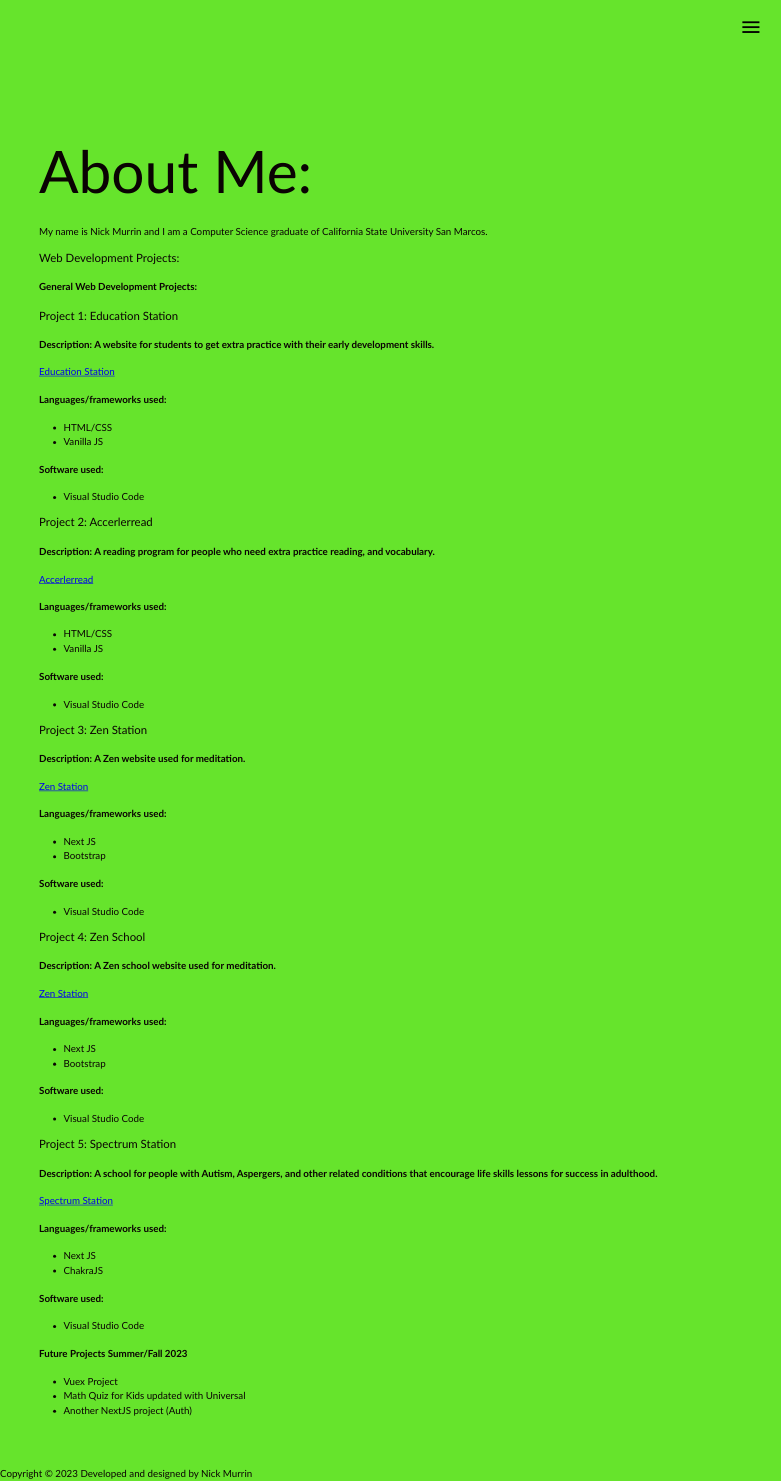
Repository: collegedude9300/modernport
Page: about.html
These files come from the project's save history. The page is drawn as it stood at one moment and after the next save; the edit follows.
The browser window is 1280 px wide. The pictures show the whole page, at 61% of full size.

Above is the page before, as saved 2024-01-14 12:36:53.

### about.html
<!DOCTYPE html>
<html lang="en">
<head>
  <meta charset="UTF-8">
  <meta name="viewport" content="width=device-width, initial-scale=1.0">
  <meta http-equiv="X-UA-Compatible" content="ie=edge">
  <link rel="stylesheet" href="css/main.css">
  <title>Portfolio</title>
</head>
<body>
<header>
<div class="menu-btn">
<div class="btn-line"></div>
<div class="btn-line"></div>
<div class="btn-line"></div>
</div>

<nav class="menu">
<div class="menu-branding">
<div class="portrait"></div>
</div>

<ul class="menu-nav">
<li class="nav-item">
<a href="index.html" class="nav-link">
Home
</a>
</li>

<li class="nav-item current">
<a href="about.html" class="nav-link">
About Me
</a>
</li>



<li class="nav-item">
<a href="contact.html" class="nav-link">
Contact Me
</a>
</li>
</ul>
</nav>
</header>
<main id="home">

<h1 class="lg-heading">
About Me:
</h1>
    <div class="about-info">
    <div class="bio">
      <p>My name is Nick Murrin and I am a Computer Science graduate of California State University San Marcos. </p>
      <h3>  Web Development Projects:</h3>
      </div>
      <h4>  General Web Development Projects:</h4>
      <div class="project1">
        <h3>Project 1: Education Station </h3>
        <h4>Description: A website for students to get extra practice with their early development skills.</h4>
        <a href="https://educationstation.vercel.app/ "/>Education Station </a>
<h4> Languages/frameworks used: </h4>
<ul>
  <li>HTML/CSS</li>
  <li>Vanilla JS </li>
</ul>
<h4> Software used: </h4>
<ul>
<li> Visual Studio Code  </li>
</ul>
      </div>
      <div class="project2">
        <h3>Project 2: Accerlerread</h3>
        <h4>Description: A reading program for people who need extra practice reading, and vocabulary. </h4>
        <a href="https://accelerread.vercel.app/"/> Accerlerread </a>
    <h4> Languages/frameworks used: </h4>
    <ul>
      <li>HTML/CSS</li>
      <li>Vanilla JS </li>
    </ul>
    <h4> Software used: </h4>
    <ul>
    <li> Visual Studio Code  </li>
    </ul>
      </div>
<div class="project3">
        <h3>Project 3: Zen Station</h3>
        <h4>Description: A Zen website used for meditation.</h4>
        <a href="https://zenstationnext.vercel.app/"/> Zen Station </a>
<h4> Languages/frameworks used: </h4>
<ul>
  <li>Next JS</li>
  <li>Bootstrap</li>
</ul>
<h4> Software used: </h4>
<ul>
<li> Visual Studio Code  </li>
</ul>
      </div>

      <div class="project4">
        <h3>Project 4: Zen School</h3>
        <h4>Description: A Zen school website used for meditation.</h4>
        <a href="https://zenschool.vercel.app/"/> Zen Station </a>
<h4> Languages/frameworks used: </h4>
<ul>
  <li>Next JS</li>
  <li>Bootstrap</li>
</ul>
<h4> Software used: </h4>
<ul>
<li> Visual Studio Code  </li>
</ul>
      </div>


      <div class="project5">
        <h3>Project 5: Spectrum Station</h3>
        <h4>Description: A school for people with Autism, Aspergers, and other related conditions that encourage life skills lessons for success in adulthood.</h4>
        <a href="https://spectrumstation.vercel.app/"/> Spectrum Station </a>
<h4> Languages/frameworks used: </h4>
<ul>
  <li>Next JS</li>
  <li>ChakraJS</li>
</ul>
<h4> Software used: </h4>
<ul>
<li> Visual Studio Code  </li>
</ul>
      </div>

<h4> Future Projects Summer/Fall 2023  </h4>
<ul>
  <li> Vuex Project </li>
  <li> Math Quiz for Kids updated with Universal </li>
  <li> Another NextJS project (Auth) </li>
  </ul>

</div>
</div>
</main>
  <footer id="main-footer">
  Copyright &copy; 2023
  Developed and designed by Nick Murrin
  </footer>
<script src="js/main.js"> </script>
</body>
</html>

### css/main.css
.menu-btn {
  position: absolute;
  z-index: 3;
  right: 35px;
  top: 35px;
  cursor: pointer;
  transition: all 0.5s ease-out; }
  .menu-btn .btn-line {
    width: 28px;
    height: 3px;
    margin: 0 0 5px 0;
    background: #000;
    transition: all 0.5s ease-out; }
  .menu-btn.close {
    transform: rotate(180deg); }
    .menu-btn.close .btn-line:nth-child(1) {
      transform: rotate(45deg) translate(5px, 5px); }
    .menu-btn.close .btn-line:nth-child(2) {
      opacity: 0; }
    .menu-btn.close .btn-line:nth-child(3) {
      transform: rotate(-45deg) translate(7px, -6px); }

.menu {
  position: fixed;
  top: 0;
  width: 100%;
  opacity: 0.9;
  visibility: hidden; }
  .menu.show {
    visibility: visible; }
  .menu-branding, .menu-nav {
    display: flex;
    flex-flow: column wrap;
    align-items: center;
    justify-content: center;
    float: left;
    width: 50%;
    height: 100vh;
    overflow: hidden; }
  .menu-nav {
    margin: 0;
    padding: 0;
    background: #f6a205;
    list-style: none;
    transform: translate3d(0, -100%, 0);
    transition: all 0.5s ease-out; }
    .menu-nav.show {
      transform: translate3d(0, 0, 0); }
  .menu-branding {
    background: #faac1b;
    transform: translate3d(0, 100%, 0);
    transition: all 0.5s ease-out; }
    .menu-branding.show {
      transform: translate3d(0, 0, 0); }
    .menu-branding .portrait {
      width: 250px;
      height: 250px; }
  .menu .nav-item {
    transform: translate3d(600px, 0, 0);
    transition: all 0.5s ease-out; }
    .menu .nav-item.show {
      transform: translate3d(0, 0, 0); }
  .menu .nav-link {
    display: inline-block;
    position: relative;
    font-size: 30px;
    text-transform: uppercase;
    padding: 1rem 0;
    font-weight: 300;
    color: #000;
    text-decoration: none;
    transition: all 0.5s ease-out; }

.nav-item:nth-child(1) {
  transition-delay: 0.1s; }

.nav-item:nth-child(2) {
  transition-delay: 0.2s; }

.nav-item:nth-child(3) {
  transition-delay: 0.3s; }

.nav-item:nth-child(4) {
  transition-delay: 0.4s; }

@media screen and (min-width: 1171px) {
  .projects {
    grid-template-columns: repeat(4, 1fr); } }

@media screen and (min-width: 769px) and (max-width: 1170px) {
  .projects {
    grid-template-columns: repeat(3, 1fr); } }

@media screen and (max-width: 768px) {
  main {
    align-items: center;
    text-align: center; }
    main .lg-heading {
      line-height: 1;
      margin-bottom: 1rem; }
  ul.menu-nav,
  div.menu-branding {
    float: none;
    width: 100%;
    min-height: 0; }
    ul.menu-nav.show,
    div.menu-branding.show {
      transform: translate3d(0, 0, 0); }
  .menu-nav {
    height: 75vh;
    transform: translate3d(-100%, 0, 0);
    font-size: 24px; }
  .menu-branding {
    height: 25vh;
    transform: translate3d(100%, 0, 0); }
    .menu-branding .portrait {
      width: 150px;
      height: 150px; }
  .about-info {
    grid-template-areas: 'bioimage'
 'bio'
 'job1'
 'job2'
 'job3';
    grid-template-columns: 1fr; }
  .projects {
    grid-template-columns: repeat(2, 1fr); } }

@media screen and (max-width: 500px) {
  main {
    padding: 2rem; }
    main #home h1 {
      margin-top: 10vh; }
    main .lg-heading {
      margin-top: 1rem;
      font-size: 5rem; }
  .projects {
    grid-template-columns: 1fr; } }

* {
  box-sizing: border-box; }

body {
  background: #66e42c;
  color: #0a0303;
  height: 100%;
  margin: 0;
  font-family: 'Trebuchet MS', 'Lucida Sans Unicode', 'Lucida Grande', 'Lucida Sans', Arial, sans-serif;
  line-height: 1.5; }

.transition1 {
  width: 150px;
  height: 150px;
  background: red;
  transition: width 3s; }

.transition2 {
  width: 150px;
  height: 150px;
  background: #12e7ee;
  transition: width 3s; }

.transition3 {
  width: 150px;
  height: 150px;
  background: #e7d918;
  transition: width 3s; }

.transition4 {
  width: 150px;
  height: 150px;
  background: rgba(238, 150, 18, 0.753);
  transition: width 3s; }

.myTitle {
  padding: 50px;
  margin: 20px;
  font-size: 30px;
  font-family: Cambria, Cochin, Georgia, Times, 'Times New Roman', serif;
  color: #1133ca; }

h1, h2, h3 {
  margin: 0;
  font-weight: 400; }

.lg-heading {
  font-size: 6rem; }

header {
  position: relative;
  z-index: 2; }

main {
  padding: 4rem;
  height: 100%; }
  main#home {
    overflow: hidden; }
  main h1 {
    margin-top: 20vh; }

### js/main.js
// Select DOM Items
const menuBtn = document.querySelector('.menu-btn');
const menu = document.querySelector('.menu');
const menuNav = document.querySelector('.menu-nav');
const menuBranding = document.querySelector('.menu-branding');
const navItems = document.querySelectorAll('.nav-item');

// Set Initial State Of Menu
let showMenu = false;

menuBtn.addEventListener('click', toggleMenu);

function toggleMenu() {
  if (!showMenu) {
    menuBtn.classList.add('close');
    menu.classList.add('show');
    menuNav.classList.add('show');
    menuBranding.classList.add('show');
    navItems.forEach(item => item.classList.add('show'));

    // Set Menu State
    showMenu = true;
  } else {
    menuBtn.classList.remove('close');
    menu.classList.remove('show');
    menuNav.classList.remove('show');
    menuBranding.classList.remove('show');
    navItems.forEach(item => item.classList.remove('show'));

    // Set Menu State
    showMenu = false;
  }
}

After the next save:
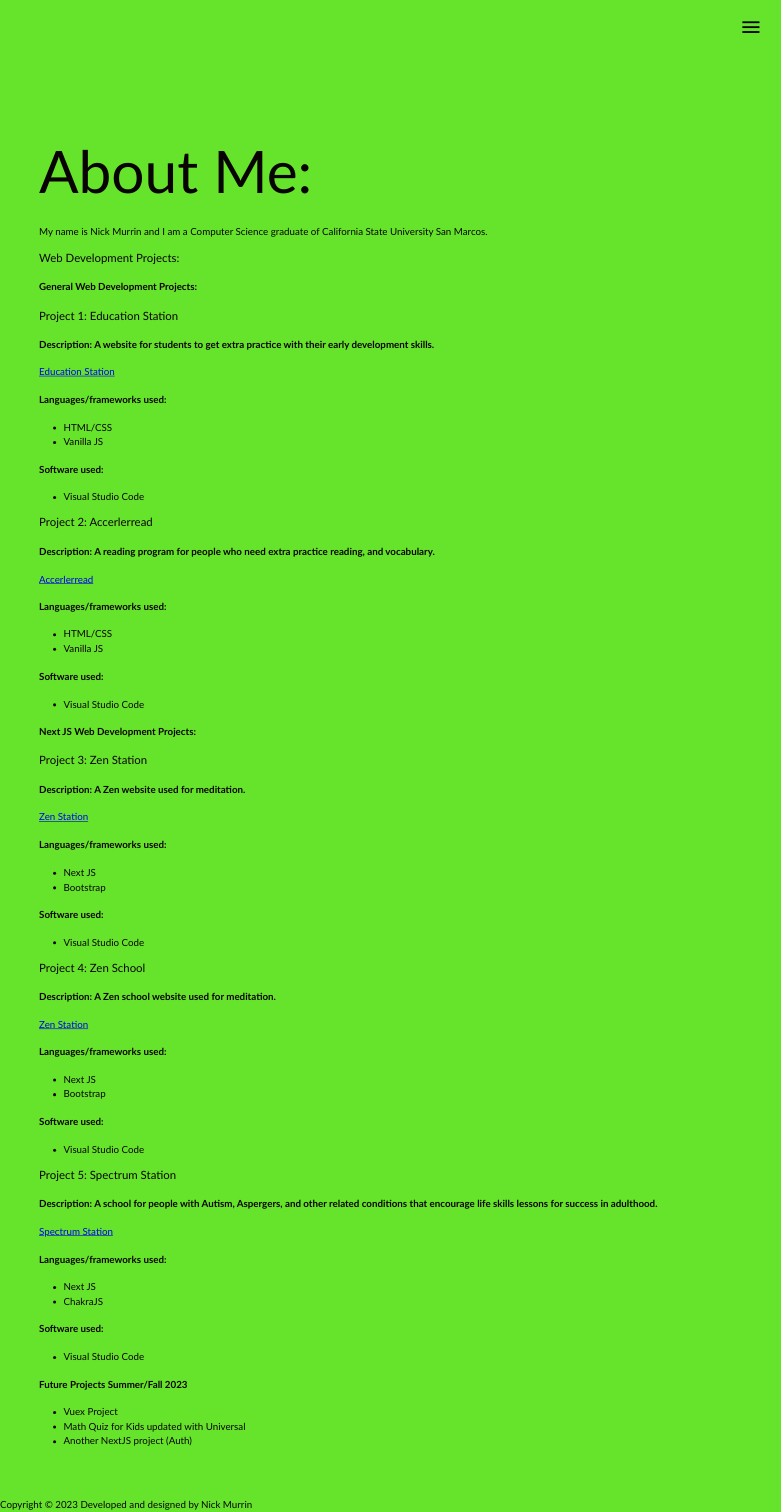
Saved 29 s later.
--- a/about.html
+++ b/about.html
@@ -82,6 +82,7 @@ About Me:
     <li> Visual Studio Code  </li>
     </ul>
       </div>
+      <h4>   Next JS Web Development Projects:</h4>
 <div class="project3">
         <h3>Project 3: Zen Station</h3>
         <h4>Description: A Zen website used for meditation.</h4>
